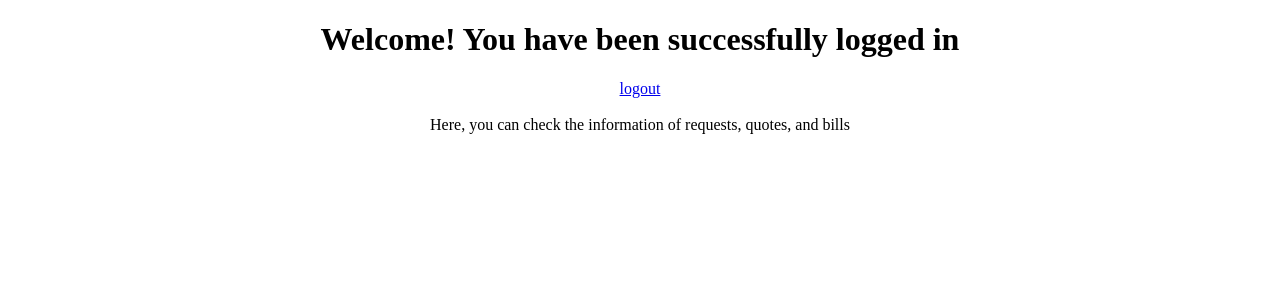
Repository: Sahithkonuganti/DatabaseProject
Page: http://localhost/database/clientpage.jsp
An editor plug-in stored every save of this project. The page is shown before and after the next save, followed by the edit.
The browser window is 1280 px wide. The pictures show the whole page.
The page is served by Tomcat 9. Other server files are loaded and not shown.

Above is the page before, as saved 2023-10-27 20:43:43.

### database/WebContent/clientpage.jsp
<%@ page language="java" contentType="text/html; charset=ISO-8859-1"
    pageEncoding="ISO-8859-1"%>
<%@ taglib uri="http://java.sun.com/jsp/jstl/core" prefix="c" %>

<!DOCTYPE html>
<html>
<head>
<meta charset="ISO-8859-1">
<title>Client page</title>
</head>
<!--  originally called activitypage.jsp -->
<center><h1>Welcome! You have been successfully logged in</h1> </center>


	<body>
	 <center>
		 <a href="login.jsp"target ="_self" > logout</a><br><br>
		 <a>Here, you can check the information of requests, quotes, and bills</a>
		 </center>
	</body>
</html>

After the next save:
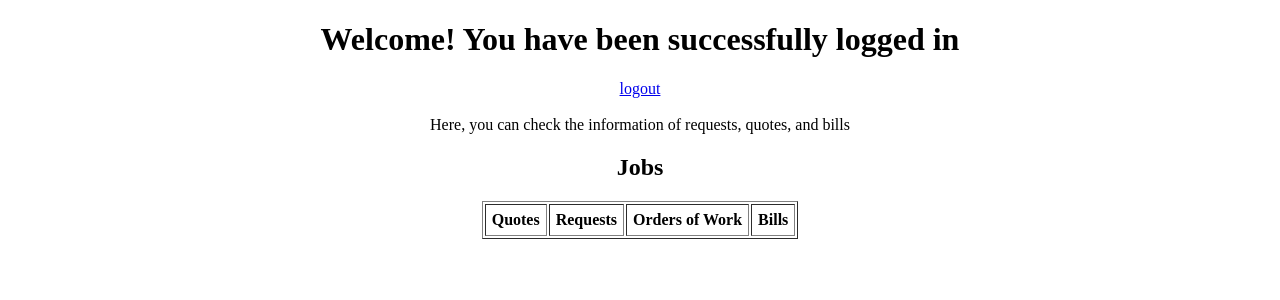
Saved 5 min 29 s later.
--- a/database/WebContent/clientpage.jsp
+++ b/database/WebContent/clientpage.jsp
@@ -16,6 +16,17 @@
 	 <center>
 		 <a href="login.jsp"target ="_self" > logout</a><br><br>
 		 <a>Here, you can check the information of requests, quotes, and bills</a>
-		 </center>
+		 <div align="center">
+         <table border="1" cellpadding="6">
+             <caption><h2>Jobs</h2></caption>
+             <tr>
+                 <th>Quotes</th>
+                 <th>Requests</th>
+                 <th>Orders of Work</th>
+                 <th>Bills</th>
+             </tr>
+         </table>
+	</div>
+	</center>
 	</body>
 </html>
